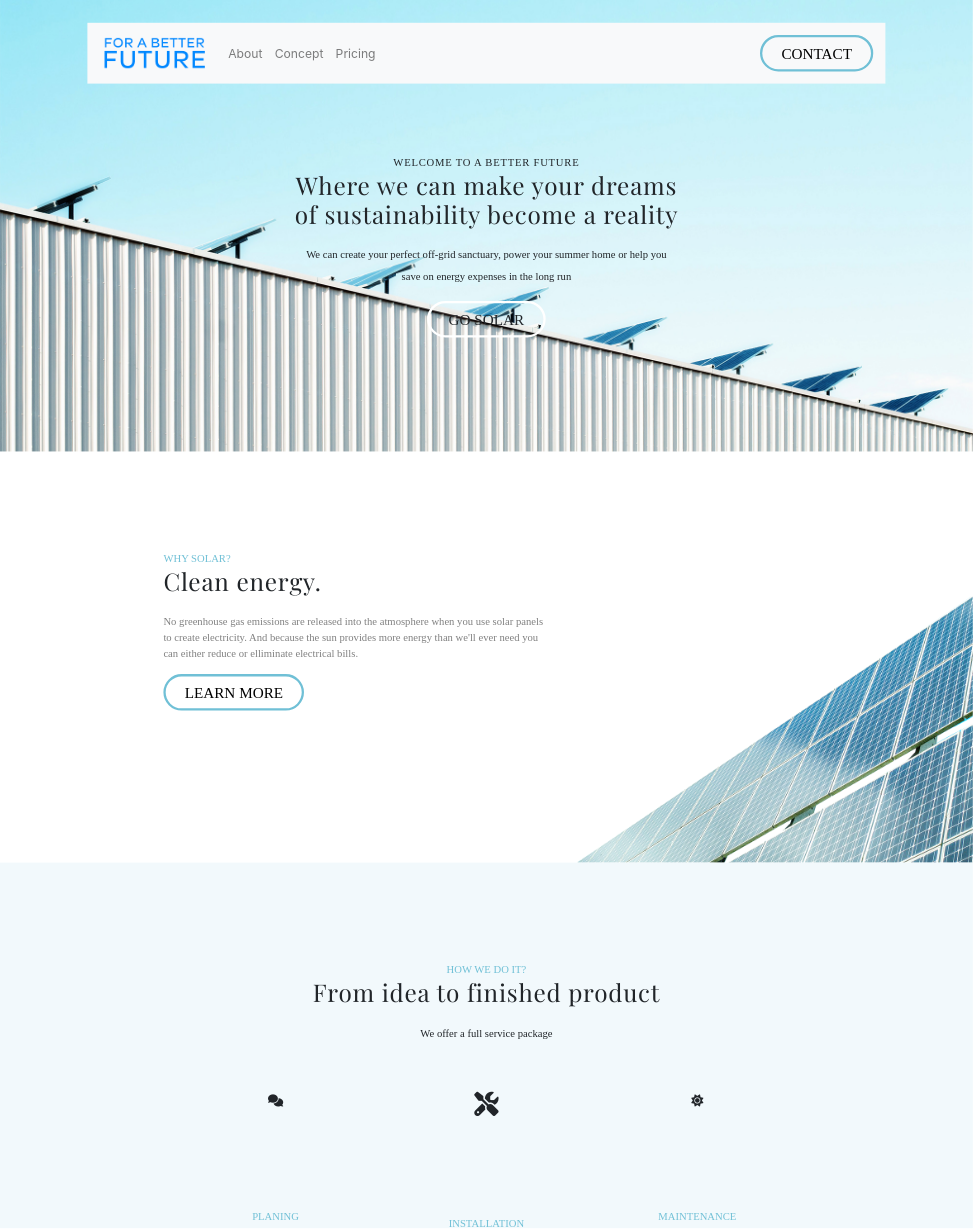
Repository: sabinemm/fabf
Page: index.html
The author's editor kept a record of every edit. The page is drawn from the files as they stood at one moment, then again after the next edit.
The browser window is 1280 px wide. The pictures show the whole page, at 76% of full size.
Backgrounds fixed to the window are drawn as part of the page. Some web fonts or font styles are not loaded; a fallback is used. Some web libraries are served in a nearby version.

Above is the page before.

After the next edit:
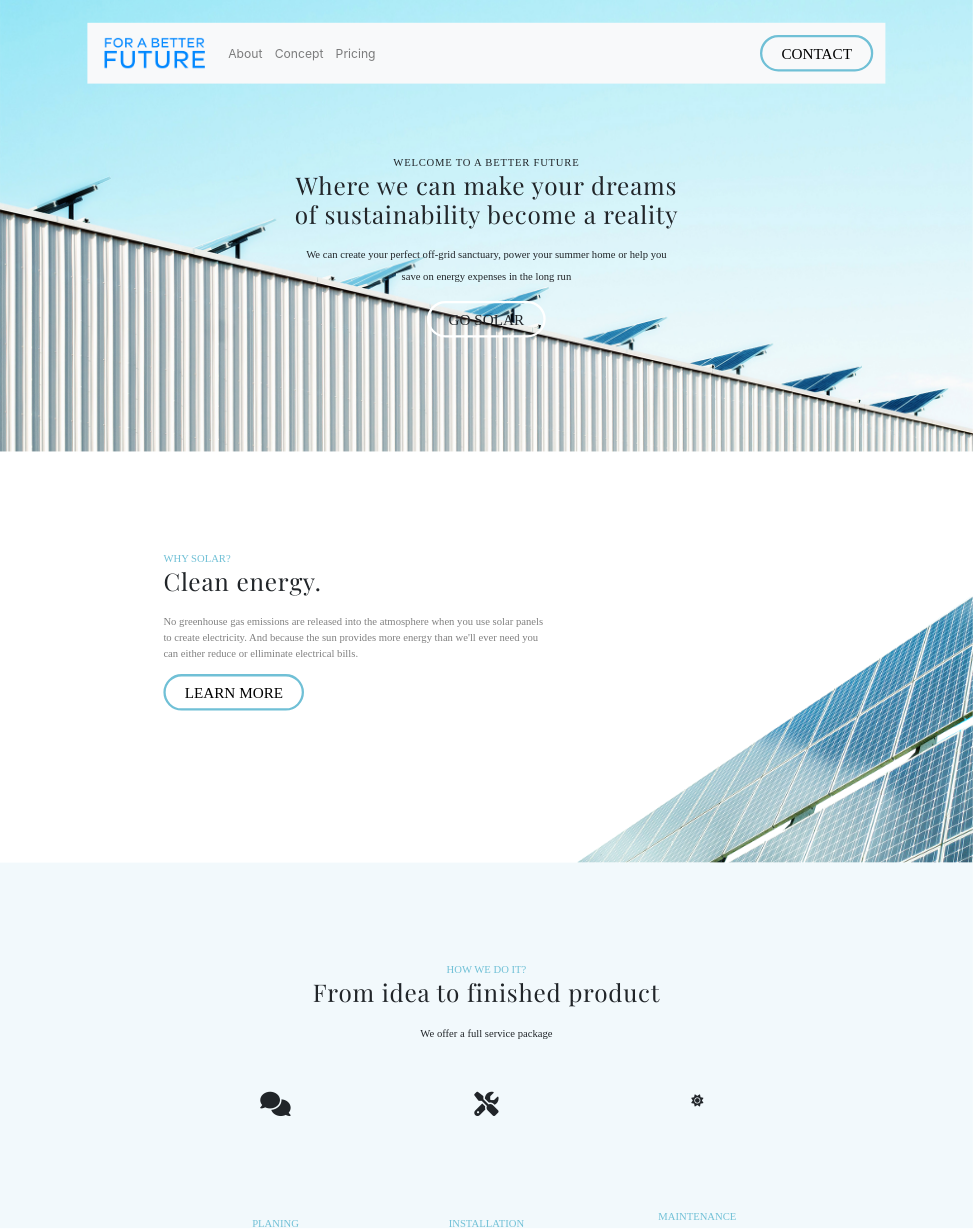
The edit:
--- a/index.html
+++ b/index.html
@@ -93,7 +93,7 @@
         <div class="container container-fluid ">
             <div class="row m-auto text-center justify-content-center">
                 <div class=" col-sm-3 col-md-3">
-                   <div class="icons"><i class="fas fa-comments"></i></div>
+                   <div class="icons"><i class="fas fa-comments fa-2x"></i></div>
                      <p class="uppercase stitle stitle-blue stitlen">PLANING</p>
                 </div>
                 <div class="col-sm-3 col-md-3">
